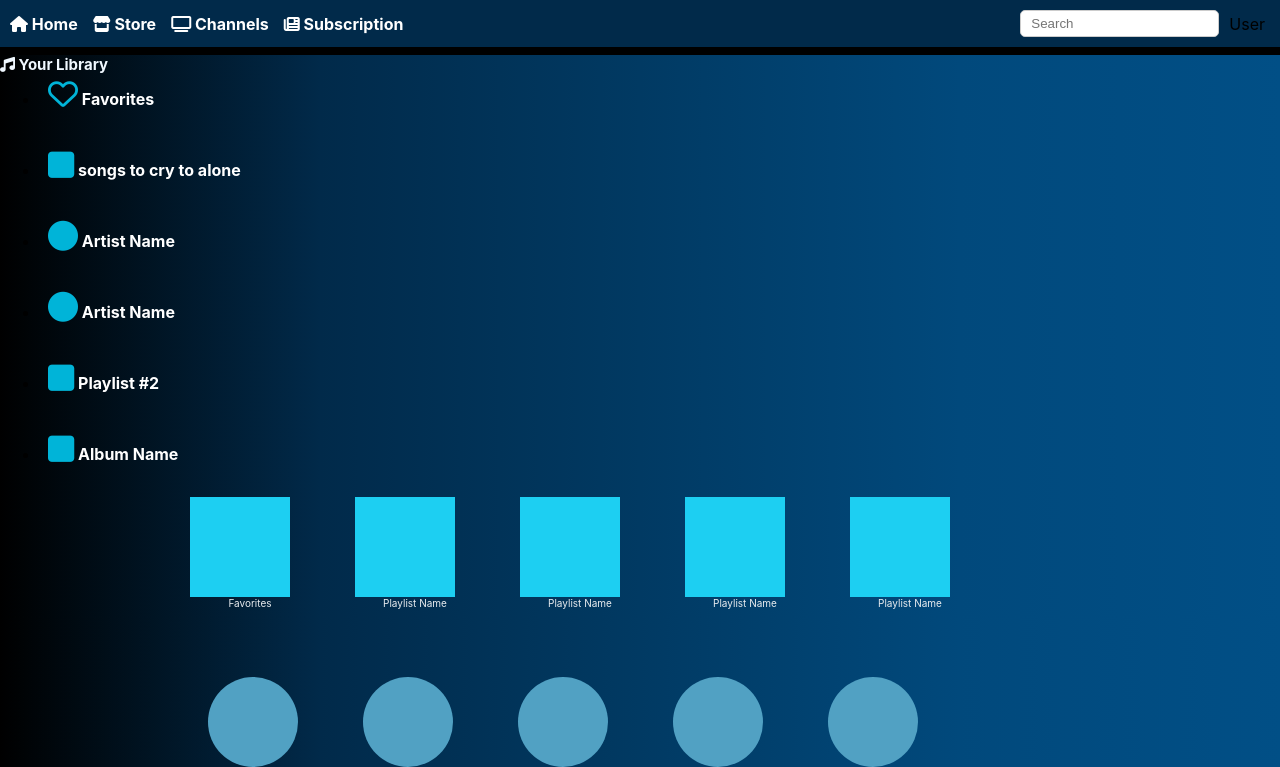
Repository: gordonnrat/group-2-project
Page: / (app in source-code/)
An editor plug-in stored every save of this project. The page is shown before and after a run of saves, followed by the edit.
The browser window is 1280 px wide. The pictures show the whole page.
The project was rebuilt for these pictures with package versions that can differ from the ones it lists, and the page was loaded fresh each time. Also part of the build but not shown: source-code/src/App.css, source-code/src/App.js, source-code/src/components/pages/Login.js.

Above is the page before, as saved 2023-08-01 16:12:58.

After the next 2 saves:
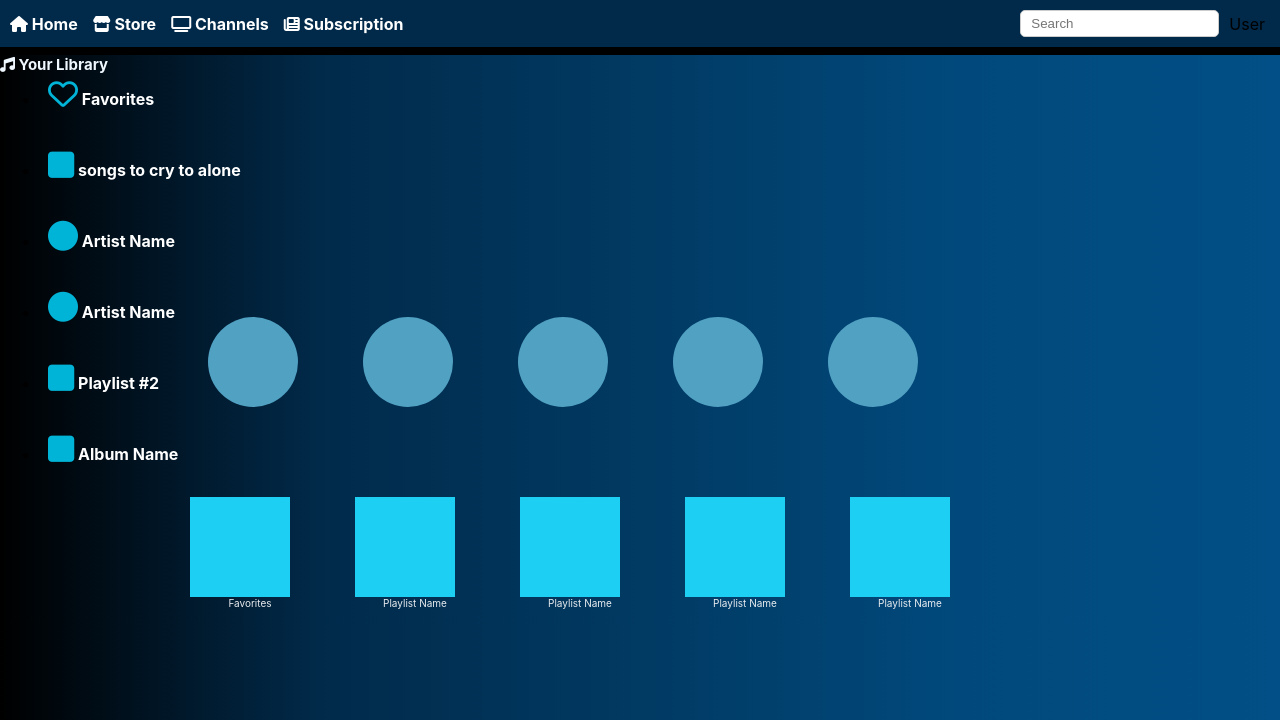
The 2 saves are shown as one change because they came seconds apart.
The last was saved 3 min 17 s later.
--- a/source-code/src/components/pages/js.css
+++ b/source-code/src/components/pages/js.css
@@ -66,7 +66,7 @@
   border-radius: 50%;
   background-color: rgb(81, 161, 195); /* You can set the color for the circles */
   position: absolute;
-  top: 60px; /* Adjust the vertical position of the circles below the squares */
+  top: -300px; /* Adjust the vertical position of the circles below the squares */
   left: 30%; /* Horizontally center the circles */
   transform: translateX(-50%);
 }
